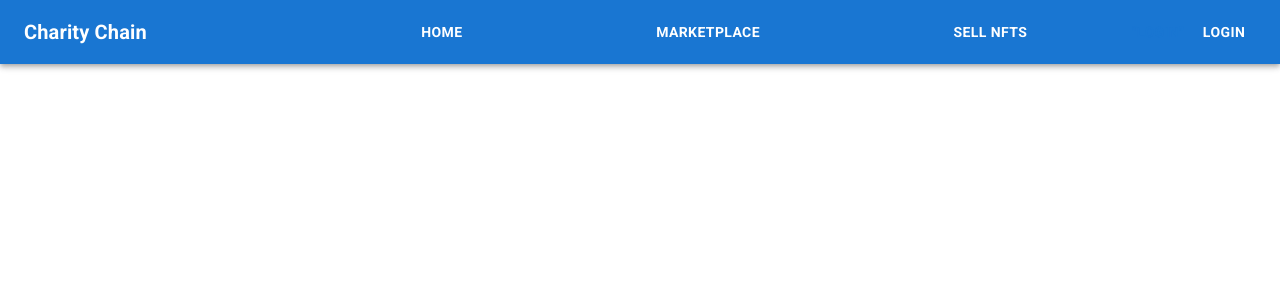
Repository: seanwjcho/charity-chain
Page: /
These files come from the project's save history. The page is drawn as it stood at one moment and after the next save; the edit follows.
The browser window is 1280 px wide. The pictures show the whole page.
The project was rebuilt for these pictures with package versions that can differ from the ones it lists, and the page was loaded fresh each time. Also part of the build but not shown: src/App.css, src/components/NFTTile.js, src/components/Profile.js, src/components/NFT.js, src/App.js.

Above is the page before, as saved 2023-05-14 15:34:09.

After the next save:
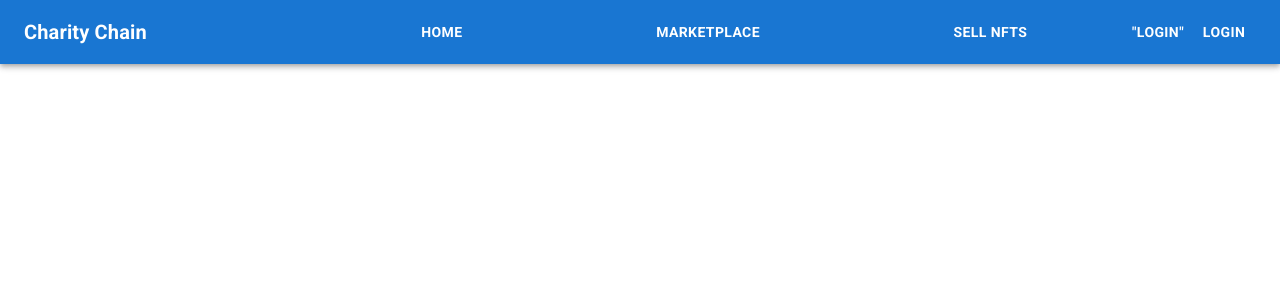
Saved 10 s later.
--- a/src/components/Navbar.js
+++ b/src/components/Navbar.js
@@ -69,12 +69,12 @@ function Navbar() {
           {connected ?
                 <Box>
                 <Button color="inherit" href = "/Profile">My NFTs</Button>
-                <Typography variant="h5" component="div" sx={{ flexGrow: 1 }}>
+                <Typography color="inherit" variant="h5" component="div" sx={{ flexGrow: 1 }}>
                   Connected: {currAddress}
                 </Typography>
                 </Box>
                 :
-                <Button onClick = {() => connectToMetamask()}>"Login" </Button>
+                <Button color="inherit" onClick = {() => connectToMetamask()}>"Login" </Button>
           }
            <Button color="inherit" onClick = {() => connectToMetamask()}> Login </Button>
 
